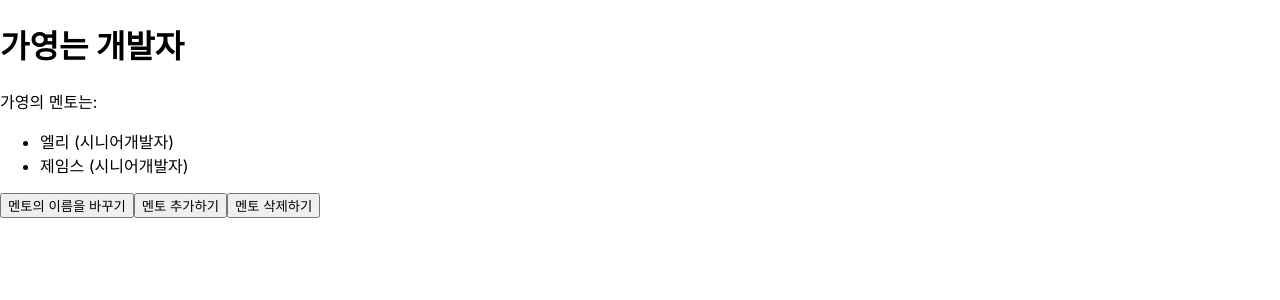
Repository: Yugayoung/css-example
Page: / (app in react/basic/)
These files come from the project's save history. The page is drawn as it stood at one moment and after the next save; the edit follows.
The browser window is 1280 px wide. The pictures show the whole page.
The project was rebuilt for these pictures with package versions that can differ from the ones it lists, and the page was loaded fresh each time.

Above is the page before, as saved 2023-12-20 16:12:38.

### react/basic/src/index.js
import React from 'react';
import ReactDOM from 'react-dom/client';
import './index.css';
import reportWebVitals from './reportWebVitals';
import AppMentors from './AppMentors';

const root = ReactDOM.createRoot(document.getElementById('root'));
root.render(
  <React.StrictMode>
    <AppMentors />
  </React.StrictMode>
);

// If you want to start measuring performance in your app, pass a function
// to log results (for example: reportWebVitals(console.log))
// or send to an analytics endpoint. Learn more: https://bit.ly/CRA-vitals
reportWebVitals();

### react/basic/src/AppMentors.jsx
import React, { useReducer } from 'react';
import personReducer from './reducer/person-reducer';

export default function AppMentors() {
  // const [person, setPerson] = useState(initialPerson);
  const [person, dispatch] = useReducer(personReducer, initialPerson);
  const handelUpdate = () => {
    const prev = prompt(`누구의 이름을 바꾸고 싶은가요?`);
    const current = prompt(`이름을 무엇으로 바꾸고 싶은가요?`);
    dispatch({ type: 'updated', prev, current });
  };
  const handleAdd = () => {
    const name = prompt(`멘토의 이름은?`);
    const title = prompt(`멘토의 직함은?`);
    dispatch({ type: 'added', name, title });
  };
  const handleDelete = () => {
    const name = prompt(`누구를 삭제하고 싶은가요?`);
    dispatch({ type: 'deleted', name });
  };
  return (
    <div>
      <h1>
        {person.name}는 {person.title}
      </h1>
      <p>{person.name}의 멘토는:</p>
      <ul>
        {person.mentors.map((mentor, index) => (
          <li key={index}>
            {mentor.name} ({mentor.title})
          </li>
        ))}
      </ul>
      <button onClick={handelUpdate}>멘토의 이름을 바꾸기</button>
      <button onClick={handleAdd}>멘토 추가하기</button>
      <button onClick={handleDelete}>멘토 삭제하기</button>
    </div>
  );
}

const initialPerson = {
  name: '가영',
  title: '개발자',
  mentors: [
    {
      name: '엘리',
      title: '시니어개발자',
    },
    {
      name: '제임스',
      title: '시니어개발자',
    },
  ],
};

### react/basic/src/reducer/person-reducer.js
export default function personReducer(person, action) {
  switch (action.type) {
    case 'updated': {
      const { prev, current } = action;
      return {
        ...person,
        mentors: person.mentors.map((mentor) => {
          if (mentor.name === prev) {
            return { ...mentor, name: current };
          }
          return mentor;
        }),
      };
    }
    case 'added': {
      const { name, title } = action;
      return {
        ...person,
        mentors: [...person.mentors, { name, title }],
      };
    }
    case 'deleted': {
      return {
        ...person,
        mentors: person.mentors.filter((mentor) => mentor.name !== action.name),
      };
    }
    default: {
      throw Error(`알 수 없는 액션 타입이다: ${action.type}`);
    }
  }
}

### react/basic/src/AppForm.jsx
import React, { useState } from 'react';

export default function AppForm() {
  const [form, setFrom] = useState({ name: '', email: '' });
  const handleSubmit = (e) => {
    e.preventDefault();
    console.log(form);
  };
  const handleChange = (e) => {
    const { name, value } = e.target;
    setFrom({ ...form, [name]: value });
  };
  return (
    <form onSubmit={handleSubmit}>
      <label htmlFor='name'>이름:</label>
      <input
        type='text'
        id='name'
        name='name'
        value={form.name}
        onChange={handleChange}
      />
      <label htmlFor='email'>이메일:</label>
      <input
        type='email'
        id='email'
        name='email'
        value={form.email}
        onChange={handleChange}
      />
      <button>Submit</button>
    </form>
  );
}

Loaded but not shown: react/basic/public/index.html (common file); react/basic/src/index.css (common file); react/basic/src/reportWebVitals.js (common file)

After the next save:
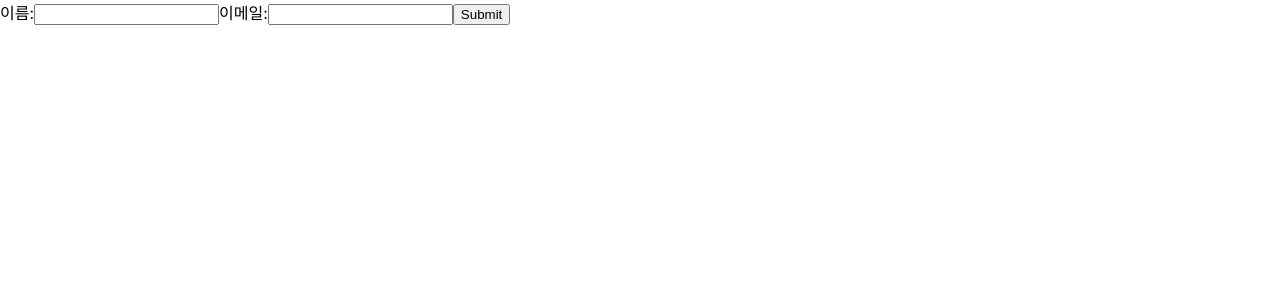
Saved 18 h 50 min later.
--- a/react/basic/src/index.js
+++ b/react/basic/src/index.js
@@ -3,11 +3,12 @@ import ReactDOM from 'react-dom/client';
 import './index.css';
 import reportWebVitals from './reportWebVitals';
 import AppMentors from './AppMentors';
+import AppForm from './AppForm';
 
 const root = ReactDOM.createRoot(document.getElementById('root'));
 root.render(
   <React.StrictMode>
-    <AppMentors />
+    <AppForm />
   </React.StrictMode>
 );
 
